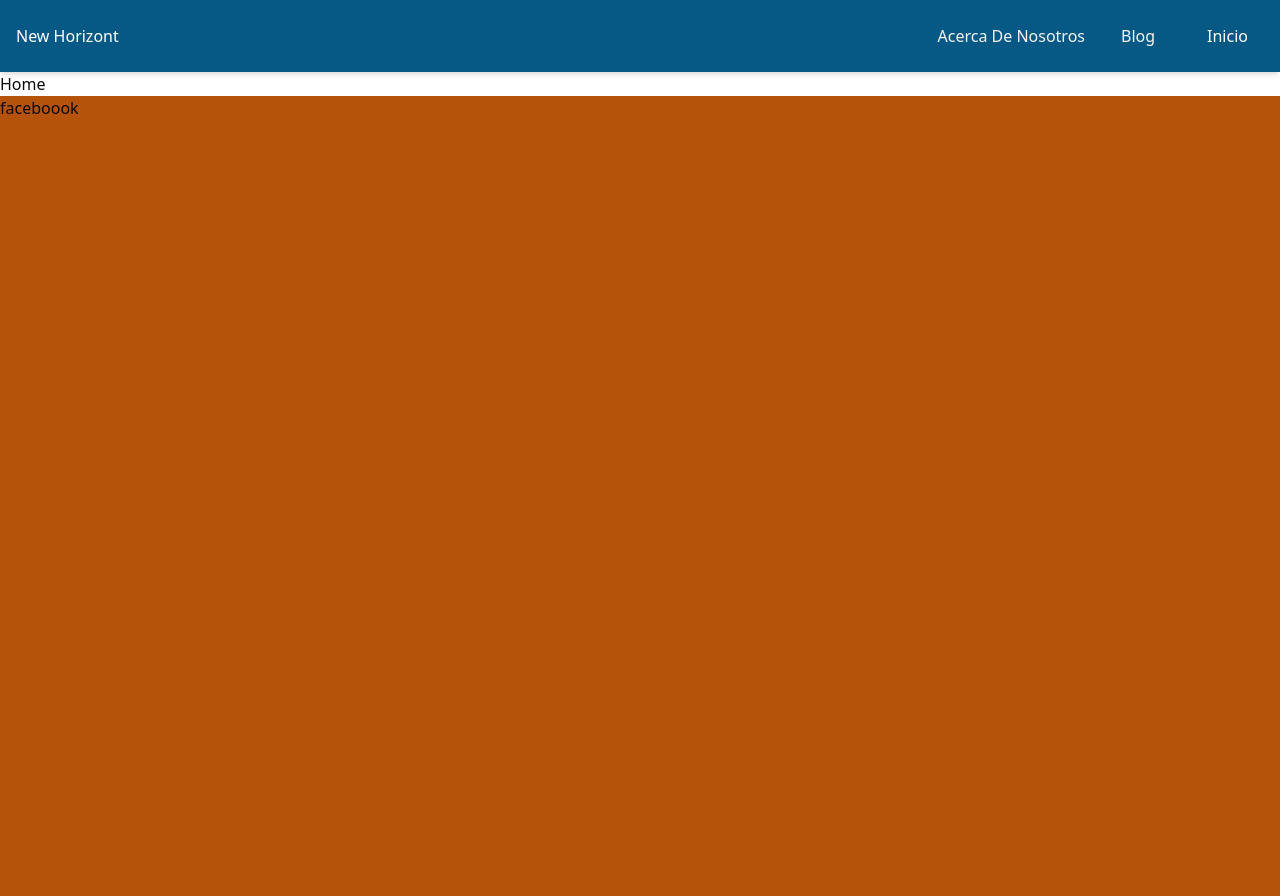
Repository: jefrydep/new-horizont-school
Page: /
The author's editor kept a copy of each file at every save. The page is drawn from the files as they stood at one save, then again after a run of saves.
The browser window is 1280 px wide. The pictures show the whole page.
The project was rebuilt for these pictures with package versions that can differ from the ones it lists, and the page was loaded fresh each time. The framework's server and built-in components were replaced by stand-ins that run in the browser. Also part of the build but not shown: next.config.ts.

Above is the page before, as saved 2024-11-07 20:21:26.

### src/app/layout.tsx
import type { Metadata } from "next";
import localFont from "next/font/local";
import "./globals.css";
import Navbar from "@/components/Navbar";
import { Button } from "@/components/ui/button";
import Footer from "@/components/Footer";

const geistSans = localFont({
  src: "./fonts/GeistVF.woff",
  variable: "--font-geist-sans",
  weight: "100 900",
});
const geistMono = localFont({
  src: "./fonts/GeistMonoVF.woff",
  variable: "--font-geist-mono",
  weight: "100 900",
});

export const metadata: Metadata = {
  title: "Create Next App",
  description: "Generated by create next app",
};

export default function RootLayout({
  children,
}: Readonly<{
  children: React.ReactNode;
}>) {
  return (
    <html lang="en">
      <body
        className={`   ${geistSans.variable} ${geistMono.variable} antialiased`}
      >
        <Navbar />
        {children}
        <div className=" sm:hidden bg-white border flex justify-center py-3  absolute bottom-0 right-0 left-0">
          <Button className="bg-green-500">
            <span>w</span> Contacto
          </Button>
        </div>
        {/* <div className="absolute bg-red-400 bottom-0 left-1/2 transform -translate-x-1/2 mb-4">
          <Button>Contacto</Button>
        </div> */}
        <Footer/>
      </body>
    </html>
  );
}

### src/app/(new-horizont-school)/layout.tsx
// import type { Metadata } from "next";
// import localFont from "next/font/local";

import Navbar from "@/components/Navbar";

// const geistSans = localFont({
//   src: "./fonts/GeistVF.woff",
//   variable: "--font-geist-sans",
//   weight: "100 900",
// });
// const geistMono = localFont({
//   src: "./fonts/GeistMonoVF.woff",
//   variable: "--font-geist-mono",
//   weight: "100 900",
// });

// export const metadata: Metadata = {
//   title: "Create Next App",
//   description: "Generated by create next app",
// };

export default function SchoolLayout({
  children,
}: Readonly<{
  children: React.ReactNode;
}>) {
  return (
    <html lang="en">
      <body
      // className={`${geistSans.variable} ${geistMono.variable} antialiased`}
      >
        {children}
      </body>
    </html>
  );
}

### src/app/globals.css
@tailwind base;
@tailwind components;
@tailwind utilities;

/* :root {
  --background: #ffffff;
  --foreground: #171717;
}

@media (prefers-color-scheme: dark) {
  :root {
    --background: #0a0a0a;
    --foreground: #ededed;
  }
}

body {
  color: var(--foreground);
  background: var(--background);
  font-family: Arial, Helvetica, sans-serif;
} */
@layer base {
  :root {
    --background: 0 0% 100%;
    --foreground: 20 14.3% 4.1%;
    --card: 0 0% 100%;
    --card-foreground: 20 14.3% 4.1%;
    --popover: 0 0% 100%;
    --popover-foreground: 20 14.3% 4.1%;
    --primary: 24 9.8% 10%;
    --primary-foreground: 60 9.1% 97.8%;
    --secondary: 60 4.8% 95.9%;
    --secondary-foreground: 24 9.8% 10%;
    --muted: 60 4.8% 95.9%;
    --muted-foreground: 25 5.3% 44.7%;
    --accent: 60 4.8% 95.9%;
    --accent-foreground: 24 9.8% 10%;
    --destructive: 0 84.2% 60.2%;
    --destructive-foreground: 60 9.1% 97.8%;
    --border: 20 5.9% 90%;
    --input: 20 5.9% 90%;
    --ring: 20 14.3% 4.1%;
    --chart-1: 12 76% 61%;
    --chart-2: 173 58% 39%;
    --chart-3: 197 37% 24%;
    --chart-4: 43 74% 66%;
    --chart-5: 27 87% 67%;
    --radius: 0.5rem
  }
  .dark {
    --background: 20 14.3% 4.1%;
    --foreground: 60 9.1% 97.8%;
    --card: 20 14.3% 4.1%;
    --card-foreground: 60 9.1% 97.8%;
    --popover: 20 14.3% 4.1%;
    --popover-foreground: 60 9.1% 97.8%;
    --primary: 60 9.1% 97.8%;
    --primary-foreground: 24 9.8% 10%;
    --secondary: 12 6.5% 15.1%;
    --secondary-foreground: 60 9.1% 97.8%;
    --muted: 12 6.5% 15.1%;
    --muted-foreground: 24 5.4% 63.9%;
    --accent: 12 6.5% 15.1%;
    --accent-foreground: 60 9.1% 97.8%;
    --destructive: 0 62.8% 30.6%;
    --destructive-foreground: 60 9.1% 97.8%;
    --border: 12 6.5% 15.1%;
    --input: 12 6.5% 15.1%;
    --ring: 24 5.7% 82.9%;
    --chart-1: 220 70% 50%;
    --chart-2: 160 60% 45%;
    --chart-3: 30 80% 55%;
    --chart-4: 280 65% 60%;
    --chart-5: 340 75% 55%
  }
}
@layer base {
  * {
    @apply border-border;
  }
  body {
    @apply bg-background text-foreground;
  }
}

### src/components/Navbar.tsx
"use client";
import { Menu, X } from "lucide-react";
import Link from "next/link";
import { useState } from "react";

export default function Navbar() {
  const [isOpen, setIsOpen] = useState<boolean>(false);

  return (
    <header className="bg-sky-800 shadow-md sticky top[100px]     w-full  ">
      <div className="flex justify-between items-center    m-auto container px-4 py-2">
        <div className="text-white">New Horizont</div>
        <nav className="outline-none hidden    sm:flex gap-9 items-center  list-none">
          <li className="text-secondary">
            <Link href={"/about"}>Acerca De Nosotros</Link>
          </li>
          <li className="text-secondary">
            <Link href={"/blog"}>Blog</Link>
          </li>
          <li className="text-white p-4">
            <Link href={"/"}>Inicio</Link>
          </li>
        </nav>

        {/* Icono de Menú para abrir el menú en móvil */}
        {!isOpen && (
          <div className="sm:hidden">
            <Menu onClick={() => setIsOpen(!isOpen)} color="white" size={45} />
          </div>
        )}

        {/* Menú desplegable con animación */}
        <div
          className={`${
            isOpen ? "opacity-100 visible" : "opacity-0 invisible"
          } absolute top-0 bottom-0 right-0 left-0 bg-black opacity-95 z-30 list-none transition-all ease-in-out `}
        >
          {isOpen && (
            <>
              <li className="text-white p-4">
                <Link href={"/about"}>Acerca De Nosotros</Link>
              </li>
              <li className="text-white p-4">
                <Link href={"/blog"}>Blog</Link>
              </li>
            </>
          )}
        </div>

        {/* Botón para cerrar el menú */}
        {isOpen && (
          <div className="z-40 absolute right-4 sm:hidden">
            <X onClick={() => setIsOpen(!isOpen)} color="white" size={45} />
          </div>
        )}
      </div>
    </header>
  );
}

### src/components/ui/button.tsx
import * as React from "react"
import { Slot } from "@radix-ui/react-slot"
import { cva, type VariantProps } from "class-variance-authority"

import { cn } from "@/lib/utils"

const buttonVariants = cva(
  "inline-flex items-center justify-center gap-2 whitespace-nowrap rounded-md text-sm font-medium transition-colors focus-visible:outline-none focus-visible:ring-1 focus-visible:ring-ring disabled:pointer-events-none disabled:opacity-50 [&_svg]:pointer-events-none [&_svg]:size-4 [&_svg]:shrink-0",
  {
    variants: {
      variant: {
        default:
          "bg-primary text-primary-foreground shadow hover:bg-primary/90",
        destructive:
          "bg-destructive text-destructive-foreground shadow-sm hover:bg-destructive/90",
        outline:
          "border border-input bg-background shadow-sm hover:bg-accent hover:text-accent-foreground",
        secondary:
          "bg-secondary text-secondary-foreground shadow-sm hover:bg-secondary/80",
        ghost: "hover:bg-accent hover:text-accent-foreground",
        link: "text-primary underline-offset-4 hover:underline",
      },
      size: {
        default: "h-9 px-4 py-2",
        sm: "h-8 rounded-md px-3 text-xs",
        lg: "h-10 rounded-md px-8",
        icon: "h-9 w-9",
      },
    },
    defaultVariants: {
      variant: "default",
      size: "default",
    },
  }
)

export interface ButtonProps
  extends React.ButtonHTMLAttributes<HTMLButtonElement>,
    VariantProps<typeof buttonVariants> {
  asChild?: boolean
}

const Button = React.forwardRef<HTMLButtonElement, ButtonProps>(
  ({ className, variant, size, asChild = false, ...props }, ref) => {
    const Comp = asChild ? Slot : "button"
    return (
      <Comp
        className={cn(buttonVariants({ variant, size, className }))}
        ref={ref}
        {...props}
      />
    )
  }
)
Button.displayName = "Button"

export { Button, buttonVariants }

### src/components/Footer.tsx
export default function Footer() {
  return (
    <div className="bg-amber-700 h-[800px]">
      <footer className="container m-auto">
        <div>faceboook</div>
      </footer>
    </div>
  );
}

Loaded but not shown: src/app/(new-horizont-school)/page.tsx (common file); src/lib/utils.ts (common file); tailwind.config.ts (common file)

After the next 2 saves:
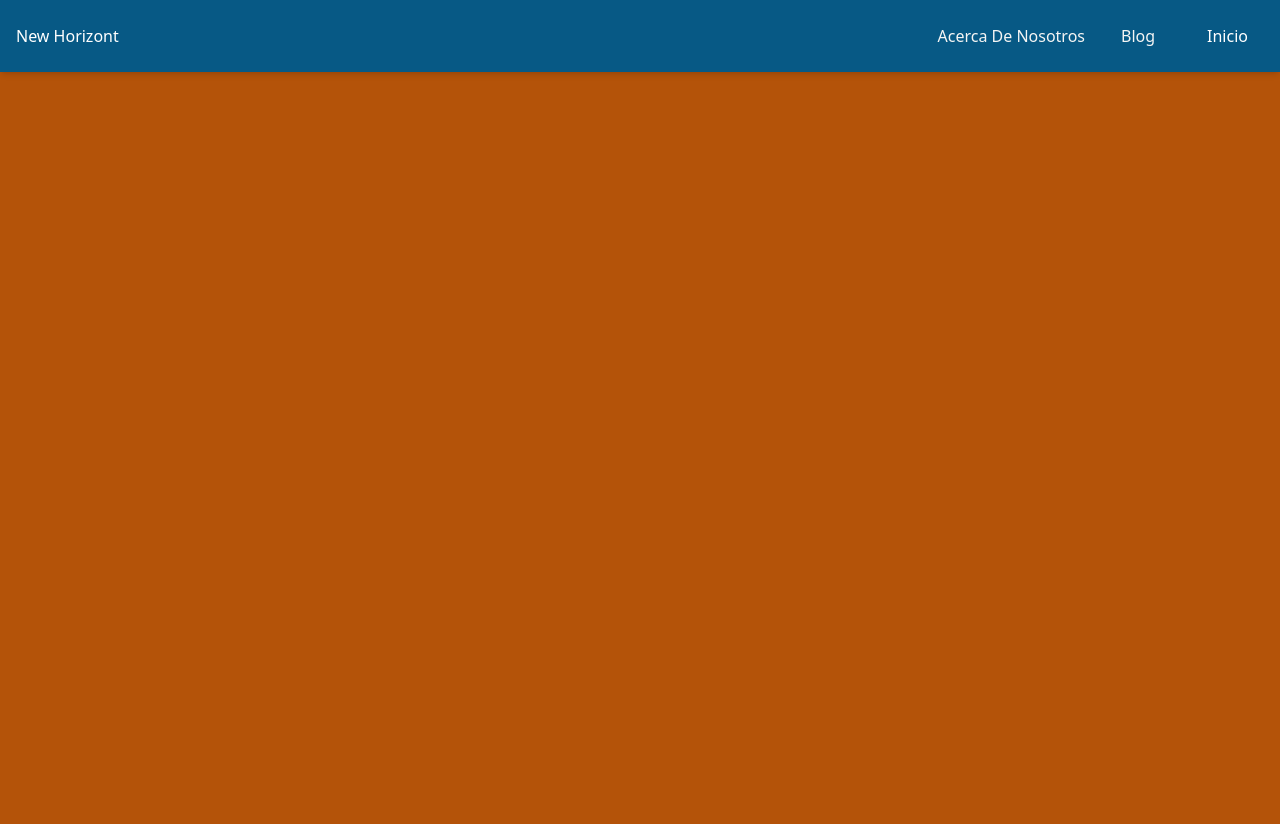
The 2 saves are shown as one change because they came seconds apart.
The last was saved 16 s later.
--- a/src/components/Navbar.tsx
+++ b/src/components/Navbar.tsx
@@ -7,7 +7,7 @@
   const [isOpen, setIsOpen] = useState<boolean>(false);
 
   return (
-    <header className="bg-sky-800 shadow-md sticky top[100px]     w-full  ">
+    <header className="bg-sky-800 shadow-md fixed top[100px]     w-full  ">
       <div className="flex justify-between items-center    m-auto container px-4 py-2">
         <div className="text-white">New Horizont</div>
         <nav className="outline-none hidden    sm:flex gap-9 items-center  list-none">

After the 3 saves that followed:
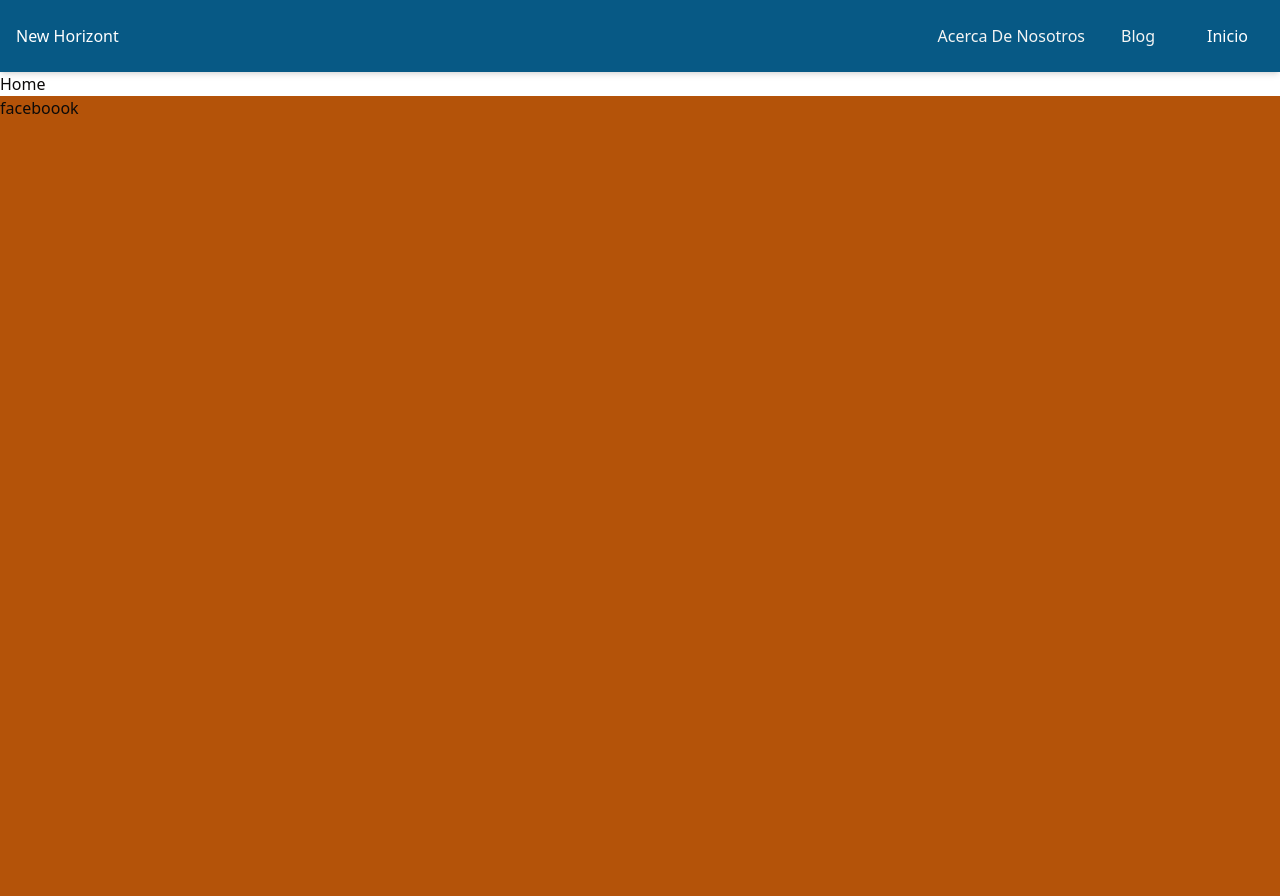
The 3 saves are shown as one change because 1 left the picture as it was and some came seconds apart.
The last was saved 71 s later.
--- a/src/components/Navbar.tsx
+++ b/src/components/Navbar.tsx
@@ -7,7 +7,7 @@
   const [isOpen, setIsOpen] = useState<boolean>(false);
 
   return (
-    <header className="bg-sky-800 shadow-md fixed top[100px]     w-full  ">
+    <header className="bg-sky-800 shadow-md   top[100px]     w-full  ">
       <div className="flex justify-between items-center    m-auto container px-4 py-2">
         <div className="text-white">New Horizont</div>
         <nav className="outline-none hidden    sm:flex gap-9 items-center  list-none">
